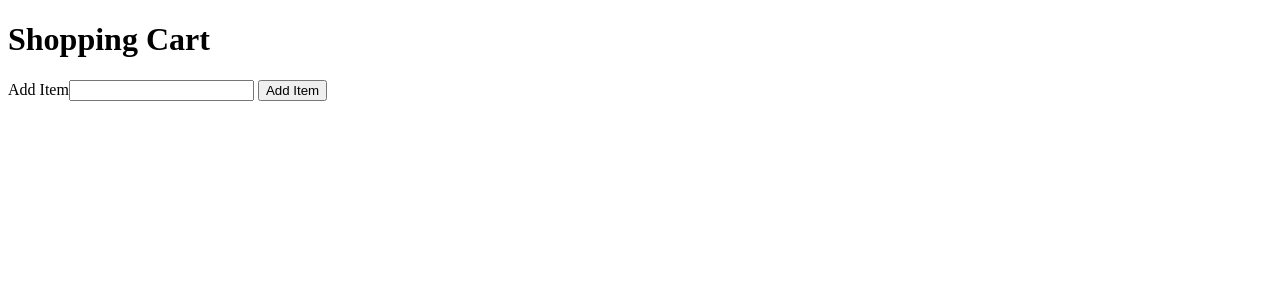
Repository: Mankelvo/Cat
Page: index.html
These files come from the project's save history. The page is drawn as it stood at one moment and after the next save; the edit follows.
The browser window is 1280 px wide. The pictures show the whole page.

Above is the page before, as saved 2026-02-12 20:46:52.

### index.html
<!DOCTYPE html>
<html lang="en">
<head>
    <meta charset="UTF-8">
    <meta name="viewport" content="width=device-width, initial-scale=1.0">
    <title>Cart Logic challenge</title>
    <link rel="stylesheet" link="styles.css">
</head>
<body>
   <div class="container">
<h1>Shopping Cart</h1>
<div class="input-container">
    <label>Add Item<input id="input" type="text"></label>
    <button>Add Item</button>

</div>
<div class="btn-container"></div>
   </div>
</body>
</html>

After the next save:
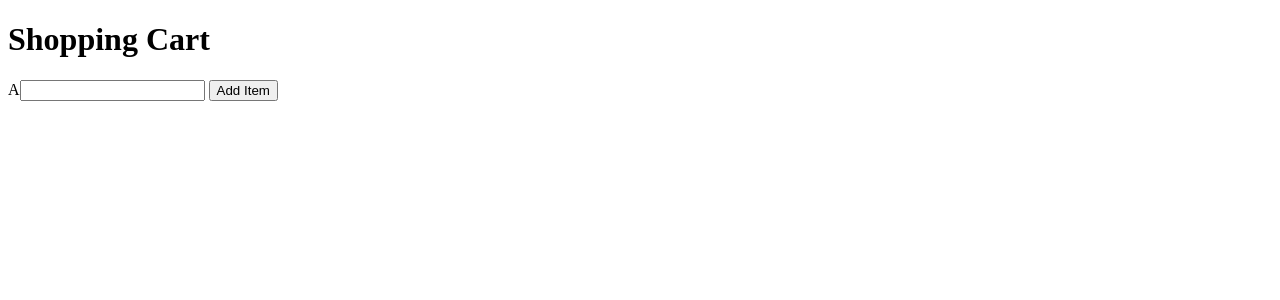
Saved 7 s later.
--- a/index.html
+++ b/index.html
@@ -10,7 +10,7 @@
    <div class="container">
 <h1>Shopping Cart</h1>
 <div class="input-container">
-    <label>Add Item<input id="input" type="text"></label>
+    <label>A<input id="input" type="text"></label>
     <button>Add Item</button>
 
 </div>
